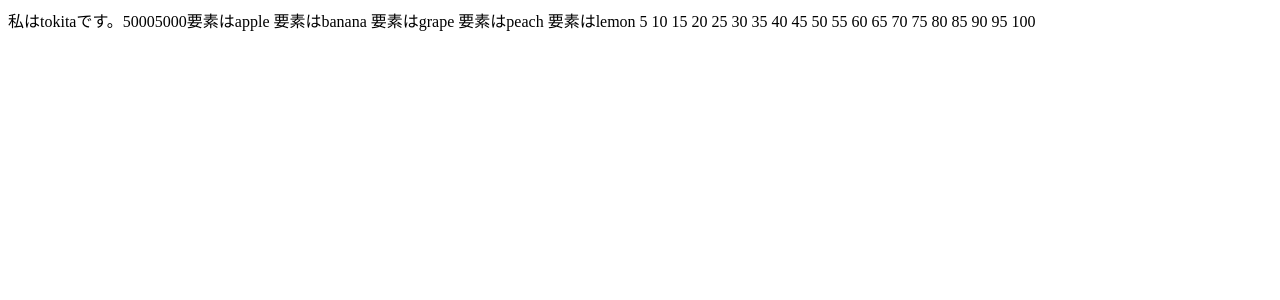
Repository: shoya4408/PHP-Laravel-02
Page: http://localhost/php_practice/practice.php
The author's editor kept a record of every edit. The page is drawn from the files as they stood at one moment, then again after the next edit.
The browser window is 1280 px wide. The pictures show the whole page.
The page is run by PHP 8.4 with error messages shown; the project is at /var/www/html/.

Above is the page before.

### php_practice/practice.php
<?php
//課題１
$name = "tokita";
if($name == "tokita"){
  echo "私はtokitaです。";
} else {
  echo "私はtokitaではありません。";
}
"\n";
//課題２
$total =0;
for($i =1;$i <=10000;$i++){
  $total += $i;
}
echo $total;
"\n";
//課題3
$fruits = array("apple","banana","grape","peach","lemon");
foreach($fruits as $fruits){
  echo "要素は" . $fruits;
  echo "\n";
}
"\n";
//課題4
/* for文の始めの値を定義する */
$start = 1;
/* for文の終わりの値を定義する */
$end = 100;

for($i = $start; $i <= $end; $i++){

  // 5で割り切れたら{}内を実行する
  if($i % 5 == 0)
   echo "$i"."\n";
  }

After the next edit:
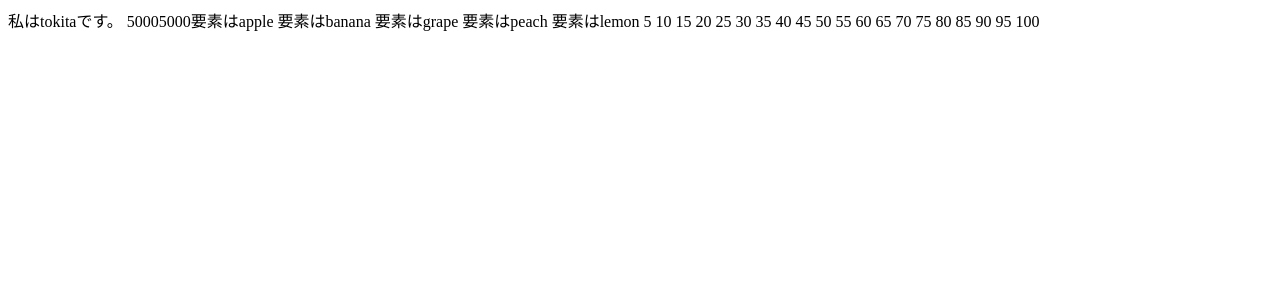
The edit:
--- a/php_practice/practice.php
+++ b/php_practice/practice.php
@@ -6,7 +6,7 @@
 } else {
   echo "私はtokitaではありません。";
 }
-"\n";
+echo "\n";
 //課題２
 $total =0;
 for($i =1;$i <=10000;$i++){
